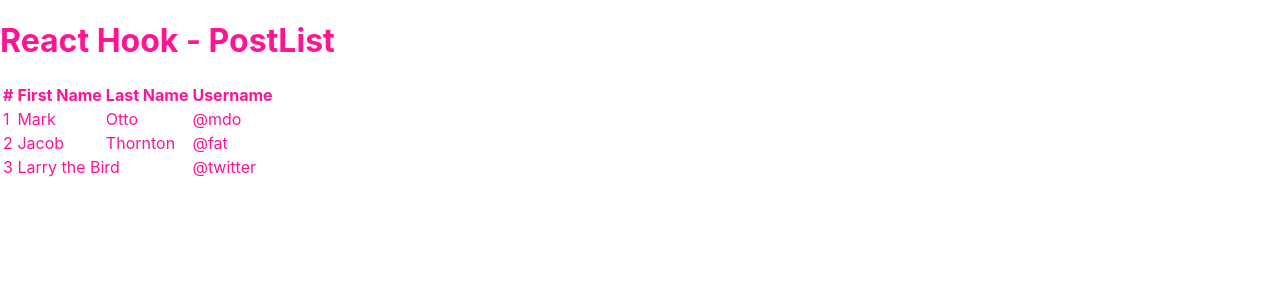
Repository: tungts3qb/assigment
Page: /
The author's editor kept a copy of each file at every save. The page is drawn from the files as they stood at one save, then again after the next save.
The browser window is 1280 px wide. The pictures show the whole page.
The project was rebuilt for these pictures with package versions that can differ from the ones it lists, and the page was loaded fresh each time. Also part of the build but not shown: src/component/Pagination/Pagination.jsx, src/component/PostList/PostList.jsx.

Above is the page before, as saved 2023-03-16 16:21:18.

### src/App.js
import axios from "axios";
import { useEffect, useState } from "react";
import "./App.scss";
import Pagination from "./component/Pagination/Pagination";
import PostList from "./component/PostList/PostList";
import queryString from "query-string";
import TableList from "./component/Table/TableList";

function App() {
  // const [postList, setPostList] = useState([]);
  // const [pagination, setPagination] = useState({
  //   page: 1,
  //   results: 10,
  // });

  // const [filter, setFilter] = useState({
  //   page: 1,
  //   results: 10,
  // });

  // useEffect(() => {
  //   const paramString = queryString.stringify(filter);
  //   console.log(paramString);
  //   axios(`https://randomuser.me/api/?${paramString}`).then((res) => {
  //     setPostList(res.data.results);
  //     setPagination(res.data.info);
  //   });
  // }, [filter]);

  // function handlePageChange(newPage) {
  //   setFilter({
  //     ...filter,
  //     page: newPage,
  //   });
  // }

  return (
    <div className="app">
      <h1>React Hook - PostList</h1>
      {/* <PostList post={postList}></PostList> */}
      <TableList></TableList>
      {/* <Pagination pagination={pagination} onPageChange={handlePageChange} /> */}
    </div>
  );
}

export default App;

### src/App.scss
.app {
  color: deeppink;
}

### src/component/Table/TableList.jsx
import React from "react";
import PropTypes from "prop-types";
import Table from "react-bootstrap/Table";

// TableList.propTypes = {
//   data: PropTypes.array,
// };

// TableList.defaultProps = {
//   data: [],
// };

const TableList = (props) => {
  return (
    <Table striped bordered hover size="sm">
      <thead>
        <tr>
          <th>#</th>
          <th>First Name</th>
          <th>Last Name</th>
          <th>Username</th>
        </tr>
      </thead>
      <tbody>
        <tr>
          <td>1</td>
          <td>Mark</td>
          <td>Otto</td>
          <td>@mdo</td>
        </tr>
        <tr>
          <td>2</td>
          <td>Jacob</td>
          <td>Thornton</td>
          <td>@fat</td>
        </tr>
        <tr>
          <td>3</td>
          <td colSpan={2}>Larry the Bird</td>
          <td>@twitter</td>
        </tr>
      </tbody>
    </Table>
  );
};

export default TableList;

Loaded but not shown: public/index.html (common file); src/index.js (common file); src/index.css (common file); src/reportWebVitals.js (common file)

After the next save:
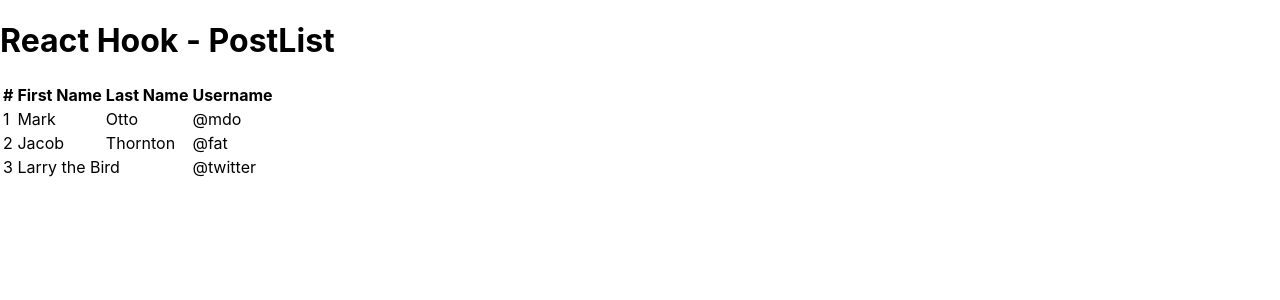
Saved 20 s later.
--- a/src/App.scss
+++ b/src/App.scss
@@ -1,3 +1,3 @@
-.app {
-  color: deeppink;
-}
+// .app {
+//   color: deeppink;
+// }
